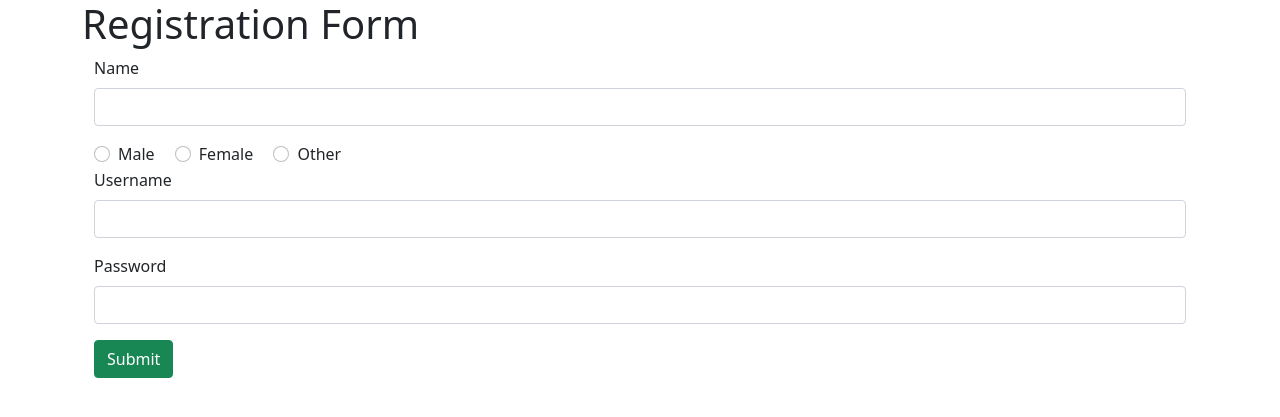
Repository: Raj-Patoliya/Sem-2-JWT
Page: http://localhost/Question_10/Registration.jsp
These files come from the project's save history. The page is drawn as it stood at one moment and after a run of saves; the edit follows.
The browser window is 1280 px wide. The pictures show the whole page.
The page is served by Tomcat 9.

Above is the page before, as saved 2022-06-28 09:55:14.

After the next 2 saves:
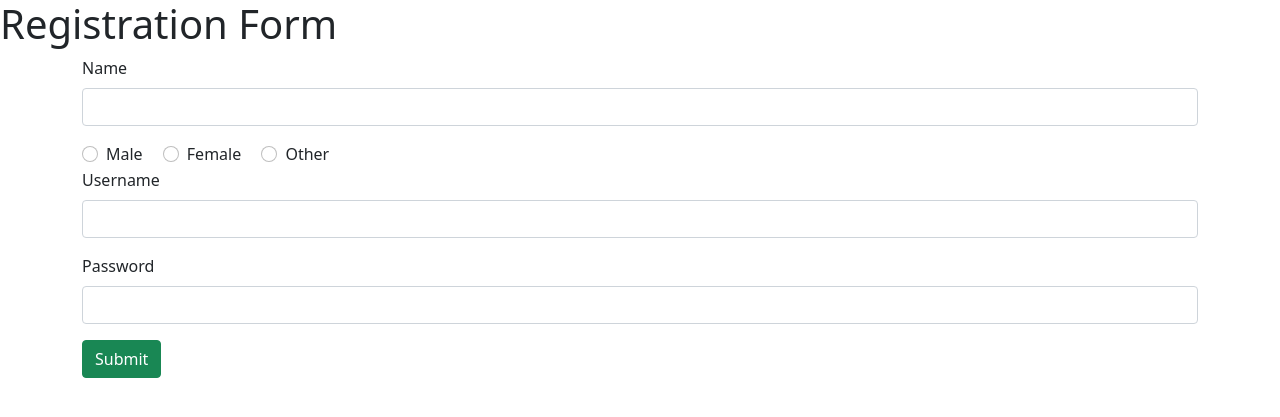
The 2 saves are shown as one change because they came seconds apart.
The last was saved 21 s later.
--- a/Question 10/src/main/webapp/Registration.jsp
+++ b/Question 10/src/main/webapp/Registration.jsp
@@ -12,43 +12,41 @@
 	crossorigin="anonymous">
 </head>
 <body>
-
-	<div class="container">
-		<div class="h1">Registration Form</div>
-		<div class="container md-2">
-			<form action="SaveUser" method="post">
-				<div class="mb-3">
-					<label for="exampleFormControlInput1" class="form-label">Name</label>
-					<input type="text" name="name" class="form-control">
-				</div>
-				<div class="form-check form-check-inline">
-					<input class="form-check-input" type="radio" name="gender"
-						id="inlineRadio1" value="male"> <label
-						class="form-check-label" for="inlineRadio1">Male</label>
-				</div>
-				<div class="form-check form-check-inline">
-					<input class="form-check-input" type="radio" name="gender"
-						id="inlineRadio2" value="female"> <label
-						class="form-check-label" for="inlineRadio2">Female</label>
-				</div>
-				<div class="form-check form-check-inline">
-					<input class="form-check-input" type="radio" name="gender"
-						id="inlineRadio3" value="other"> <label
-						class="form-check-label" for="inlineRadio3">Other</label>
-				</div>
-				<div class="mb-3">
-					<label for="exampleFormControlInput1" class="form-label">Username</label>
-					<input type="text" name="username" class="form-control">
-				</div>
-				<div class="mb-3">
-					<label for="exampleFormControlInput1" class="form-label">Password</label>
-					<input type="password" name="password" class="form-control">
-				</div>
-				<div class="mb-3">
-					<input type="submit" name="submit" value="Submit"
-						class="btn btn-success">
-				</div>
-			</form>
-		</div>
+	<div class="h1">Registration Form</div>
+	<div class="container md-2">
+		<form action="SaveUser" method="post">
+			<div class="mb-3">
+				<label for="exampleFormControlInput1" class="form-label">Name</label>
+				<input type="text" name="name" class="form-control">
+			</div>
+			<div class="form-check form-check-inline">
+				<input class="form-check-input" type="radio" name="gender"
+					id="inlineRadio1" value="male"> <label
+					class="form-check-label" for="inlineRadio1">Male</label>
+			</div>
+			<div class="form-check form-check-inline">
+				<input class="form-check-input" type="radio" name="gender"
+					id="inlineRadio2" value="female"> <label
+					class="form-check-label" for="inlineRadio2">Female</label>
+			</div>
+			<div class="form-check form-check-inline">
+				<input class="form-check-input" type="radio" name="gender"
+					id="inlineRadio3" value="other"> <label
+					class="form-check-label" for="inlineRadio3">Other</label>
+			</div>
+			<div class="mb-3">
+				<label for="exampleFormControlInput1" class="form-label">Username</label>
+				<input type="text" name="username" class="form-control">
+			</div>
+			<div class="mb-3">
+				<label for="exampleFormControlInput1" class="form-label">Password</label>
+				<input type="password" name="password" class="form-control">
+			</div>
+			<div class="mb-3">
+				<input type="submit" name="submit" value="Submit"
+					class="btn btn-success">
+			</div>
+		</form>
+	</div>
 </body>
 </html>
